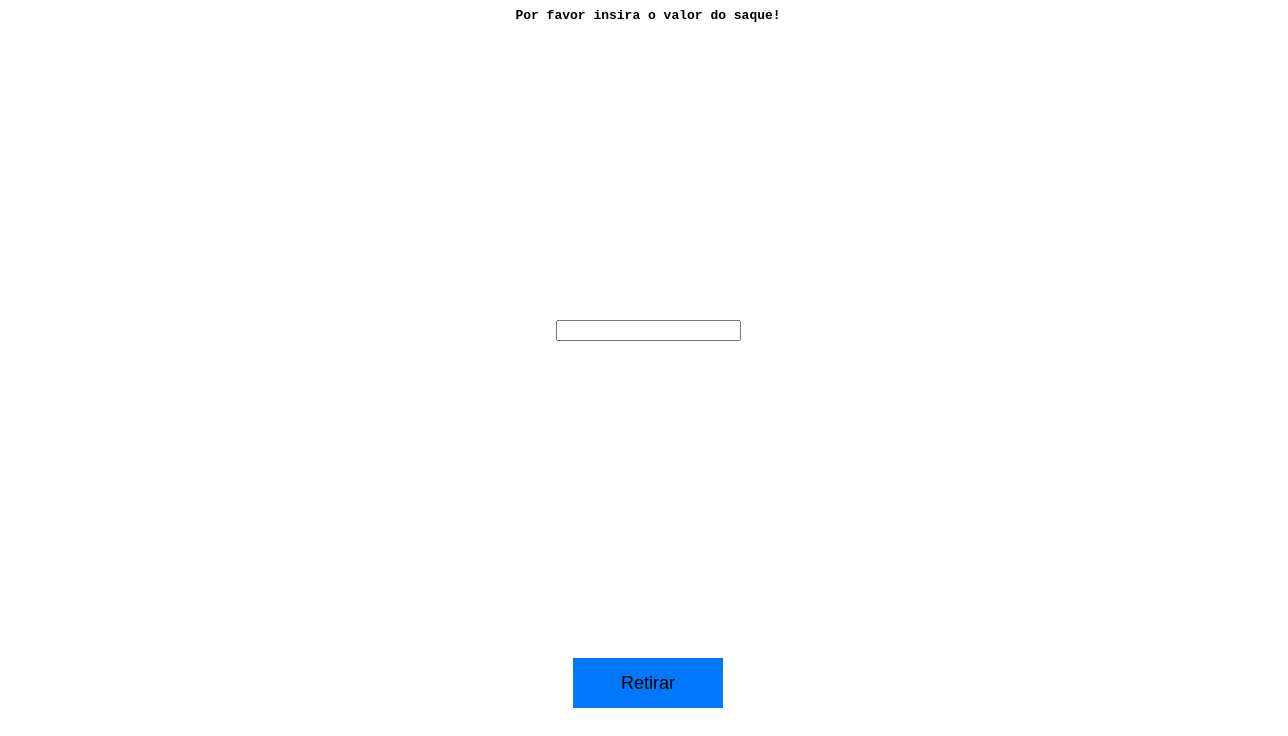
Repository: tkosudi/test-evlos
Page: index.html
The author's editor kept a copy of each file at every save. The page is drawn from the files as they stood at one save, then again after the next save.
The browser window is 1280 px wide. The page is 1288 px wide, then 1280 px, so the pictures cover 1288 px, including what lies to the right of the window. The pictures show the whole page.

Above is the page before, as saved 2021-09-03 11:37:13.

After the next save:
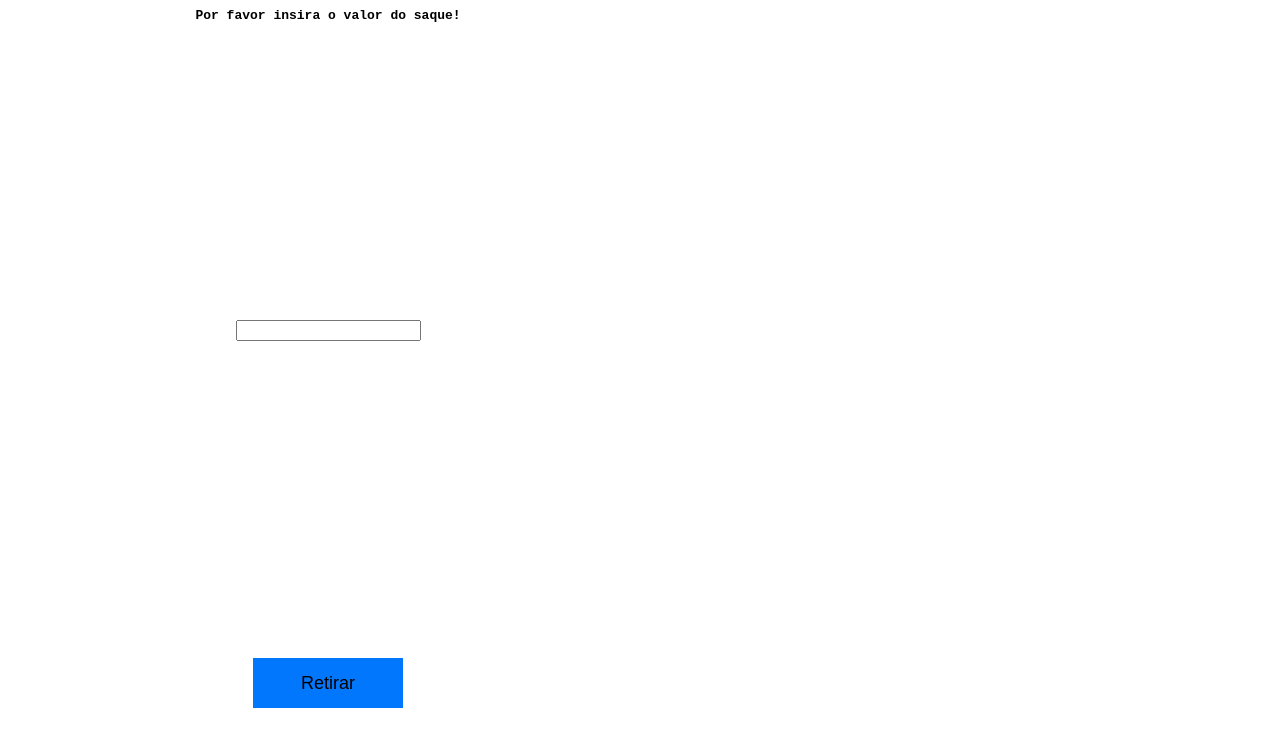
Saved 12 s later.
--- a/styles.css
+++ b/styles.css
@@ -1,6 +1,6 @@
 body {
   height: 100vh;
-  width: 100vw;
+  width: 50vw;
   display: flex;
   align-items: center;
   justify-content: space-between;
